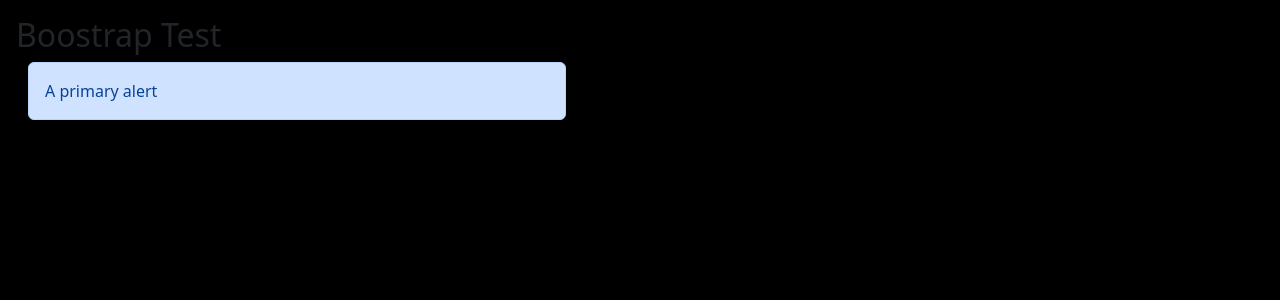
Repository: feyroozecode/meta_backed_dev_coursera
Page: boostrap_test/index.html
These files come from the project's save history. The page is drawn as it stood at one moment and after the next save; the edit follows.
The browser window is 1280 px wide. The pictures show the whole page.

Above is the page before, as saved 2023-07-06 23:16:37.

### boostrap_test/index.html
<!DOCTYPE html>
<html lang="en">
<head>
    <meta charset="UTF-8">
    <meta name="viewport" content="width=device-width, initial-scale=1.0">
    <link href="https://cdn.jsdelivr.net/npm/bootstrap@5.2.3/dist/css/bootstrap.min.css" rel="stylesheet"  />
    <title>Intro Boostrap</title>
</head>
<body class="bg-black">

<div>

    <div  class="container bg-center m-2 p-2">

        <h2>Boostrap Test</h2>

        <div class="container">
            <div class="row">
                <div class="col-lg-6">
                    <div class="alert alert-primary" role="alert">
                        A primary alert
                    </div>
                </div>
            </div>
        </div>

    </div>

</div>


    <script src="https://cdn.jsdelivr.net/npm/bootstrap@5.2.3/dist/js/bootstrap.min.js" integrity="sha384-cuYeSxntonz0PPNlHhBs68uyIAVpIIOZZ5JqeqvYYIcEL727kskC66kF92t6Xl2V" crossorigin="anonymous"></script>

</body>
</html>

After the next save:
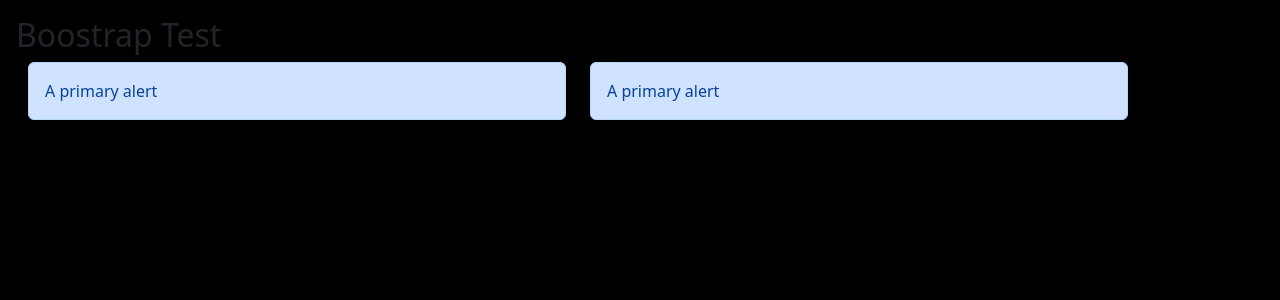
Saved 2 min 0 s later.
--- a/boostrap_test/index.html
+++ b/boostrap_test/index.html
@@ -21,6 +21,13 @@
                         A primary alert
                     </div>
                 </div>
+
+                <div class="col-lg-6">
+                    <div class="alert alert-primary" role="alert">
+                        A primary alert
+                    </div>
+                </div>
+
             </div>
         </div>
 
